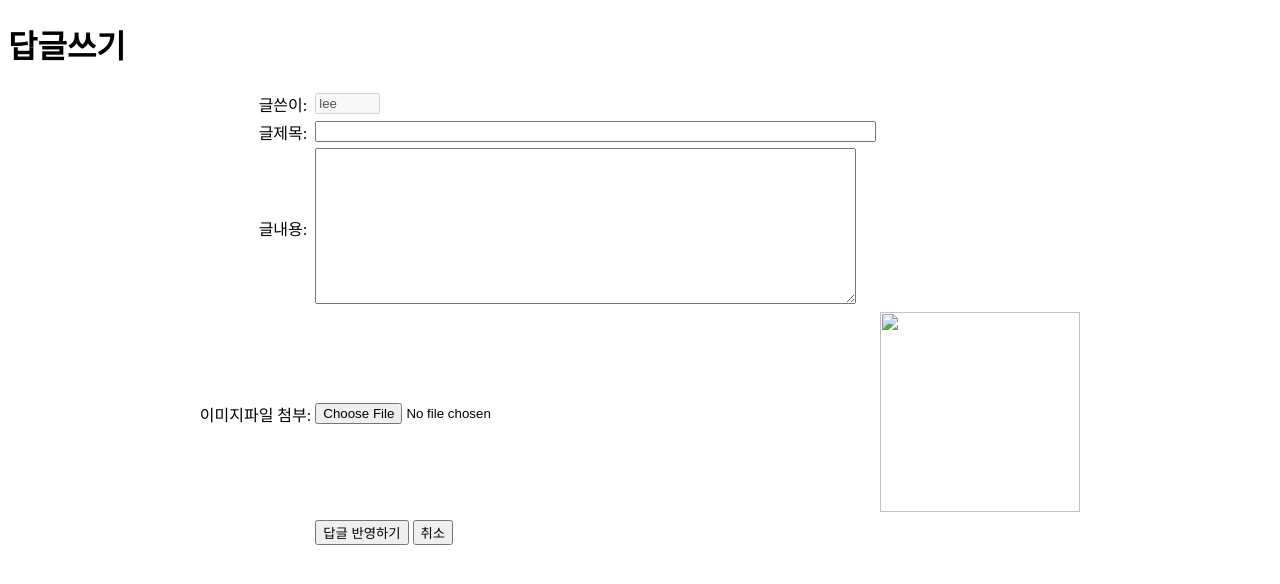
Repository: sseunghyunni/Spring
Page: http://localhost/pro17/board06/replyForm.jsp
An editor plug-in stored every save of this project. The page is shown before and after the next save, followed by the edit.
The browser window is 1280 px wide. The pictures show the whole page.
The page is served by Tomcat 9.

Above is the page before, as saved 2022-08-10 06:35:44.

After the next save:
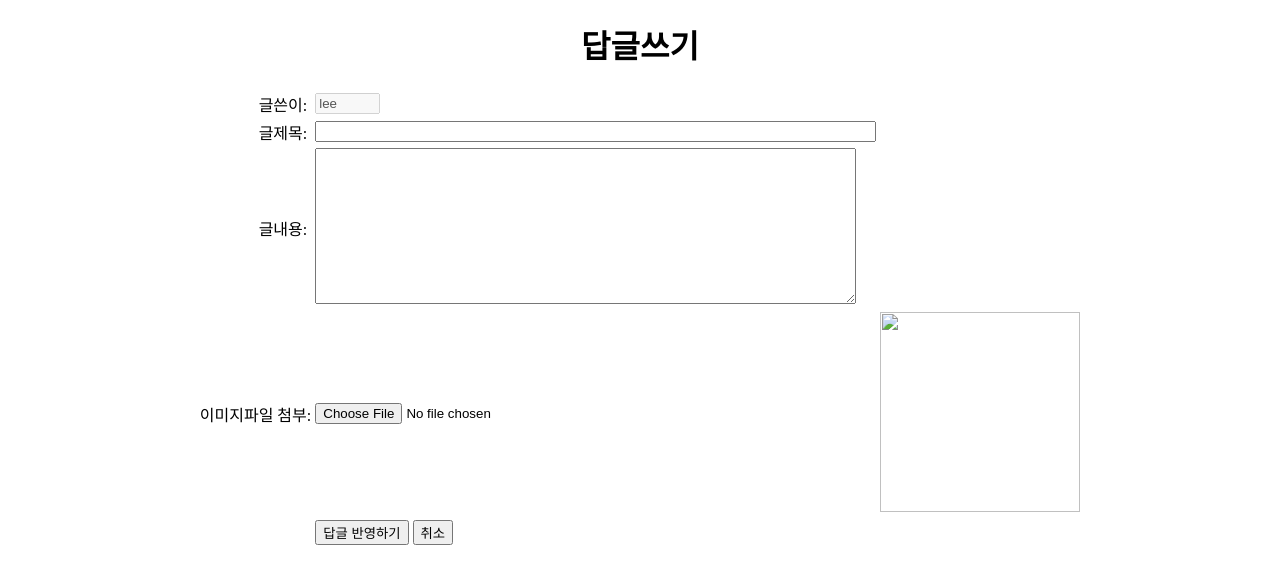
Saved 9 s later.
--- a/pro17/src/main/webapp/board06/replyForm.jsp
+++ b/pro17/src/main/webapp/board06/replyForm.jsp
@@ -30,7 +30,7 @@ function readURL(input){
 <title>Insert title here</title>
 </head>
 <body>
-	<h1 style-"text-align:center">답글쓰기</h1>
+	<h1 style="text-align:center">답글쓰기</h1>
 	<form name ="frmReply" method="post" action="${contextPath }/board/addReply.do" enctype="multipart/form-data">
 	<table align="center">
 	<tr>
